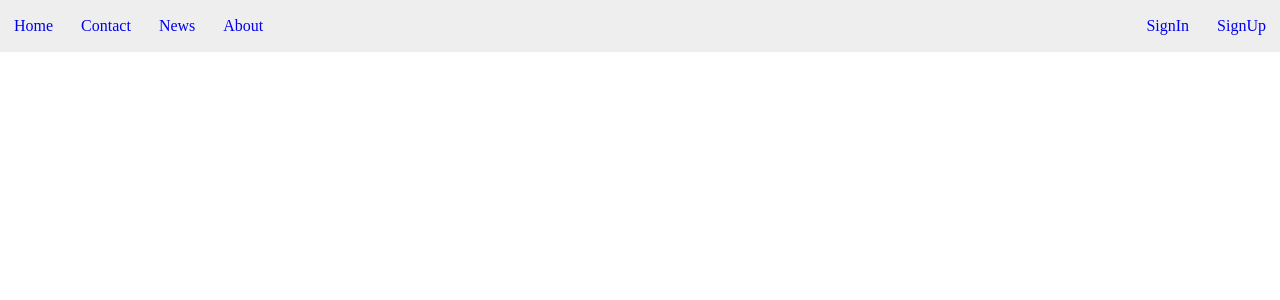
Repository: jesar-enl/My-CSS-Website
Page: index.html
The author's editor kept a copy of each file at every save. The page is drawn from the files as they stood at one save, then again after a run of saves.
The browser window is 1280 px wide. The pictures show the whole page.

Above is the page before, as saved 2022-07-26 12:31:16.

After the next 2 saves:
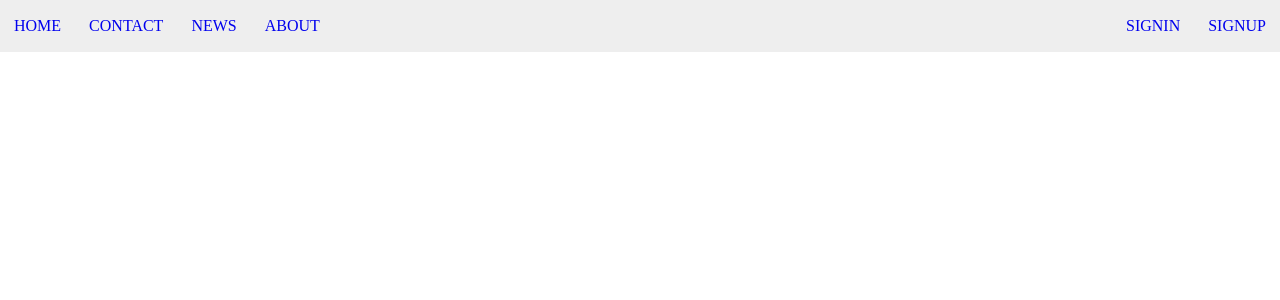
The 2 saves are shown as one change because they came seconds apart.
The last was saved 6 s later.
--- a/style.css
+++ b/style.css
@@ -40,5 +40,5 @@ ul.topnav li a {
   min-height: 1.5rem;
   text-align: center;
   padding: 14px;
-  text-transform: ;
+  text-transform: uppercase;
 }
